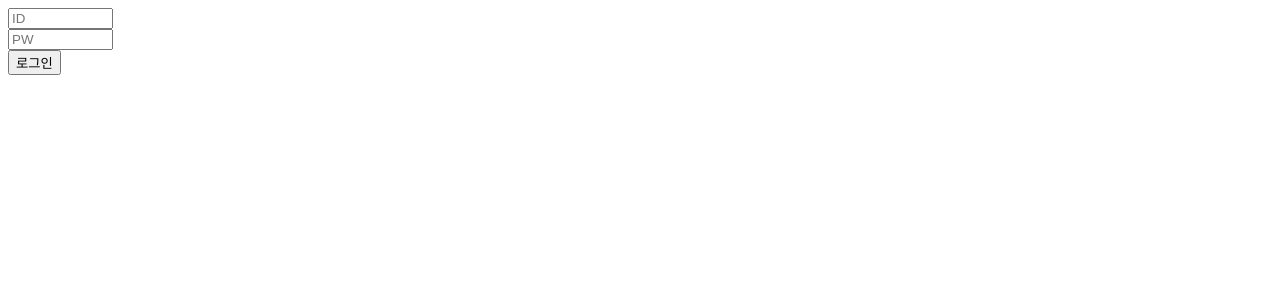
Repository: Baekdusan-baekho/jsp_practice
Page: http://localhost/JspBasic/cookie/cookie_login.jsp
An editor plug-in stored every save of this project. The page is shown before and after the next save, followed by the edit.
The browser window is 1280 px wide. The pictures show the whole page.
The page is served by Tomcat 9.

Above is the page before, as saved 2023-09-12 08:14:31.

After the next save:
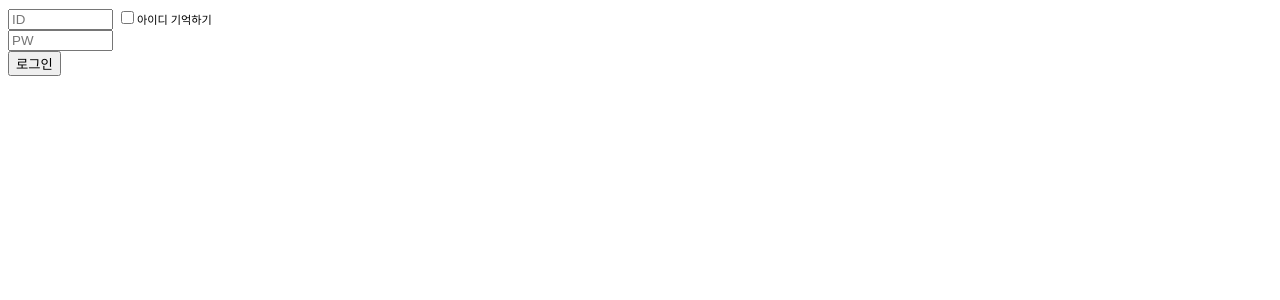
Saved 17 h 10 min later.
--- a/JspBasic/src/main/webapp/cookie/cookie_login.jsp
+++ b/JspBasic/src/main/webapp/cookie/cookie_login.jsp
@@ -10,7 +10,9 @@
 
 
 	<form action="/JspBasic/cookie/login" method="post">
-		<input type="text" name="id" size="10" placeholder="ID"> <br>
+		<input type="text" name="id" size="10" placeholder="ID">
+		<input type="checkbox" name="rememberId" value="true"><small style="font-size: 0.7em">아이디 기억하기</small>
+		<br>
 		<input type="password" name="pw" size="10" placeholder="PW"> <br>
 		<input type="submit" value="로그인">
 	</form>
